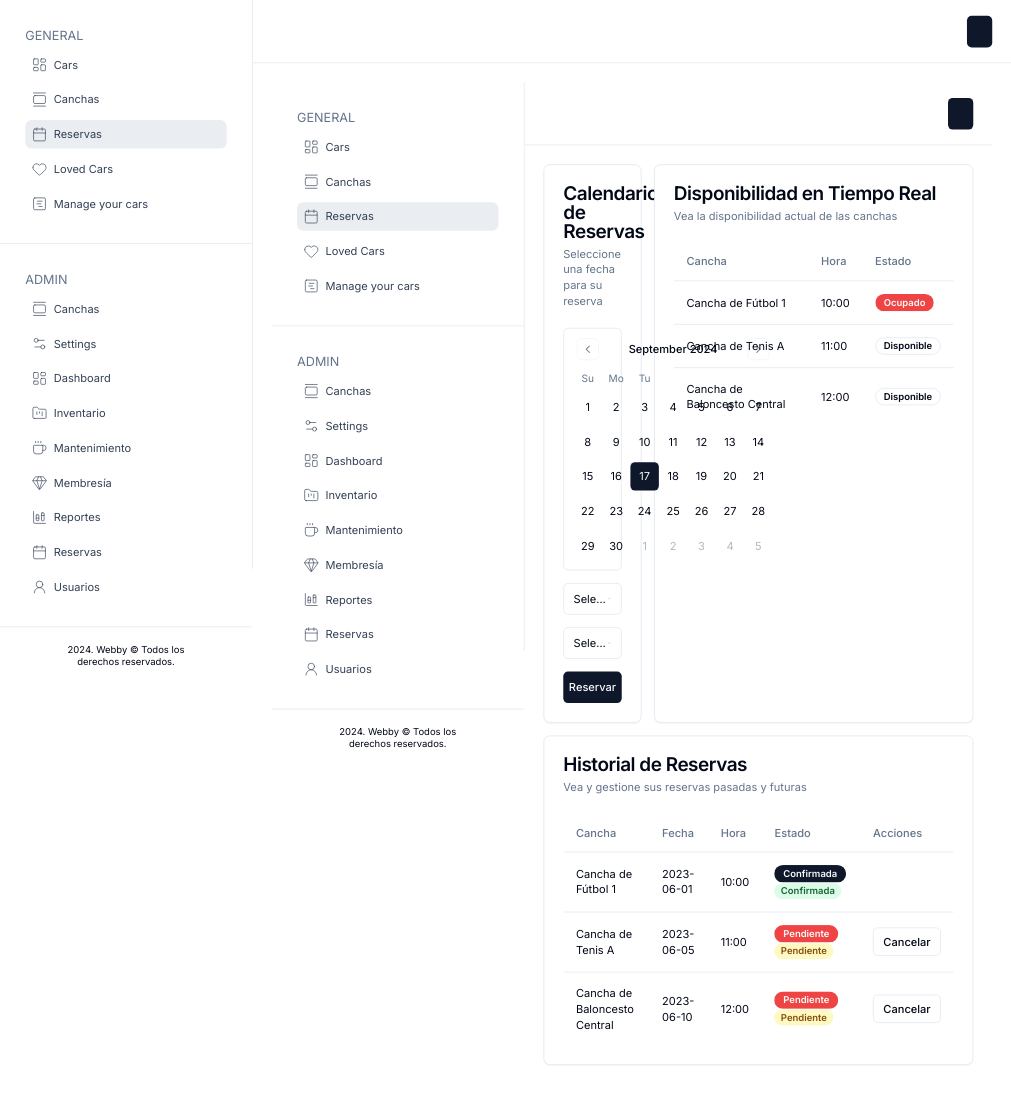
Repository: Jackson-sch/cdeporte
Page: /reservas
These files come from the project's save history. The page is drawn as it stood at one moment and after a run of saves; the edit follows.
The browser window is 1280 px wide. The pictures show the whole page, at 79% of full size.
The project was rebuilt for these pictures with package versions that can differ from the ones it lists, and the page was loaded fresh each time. The framework's server and built-in components were replaced by stand-ins that run in the browser. Also part of the build but not shown: next.config.mjs, src/components/ui/label.jsx, src/components/ui/input.jsx, src/components/Reservas/HistorialReserva.jsx.

Above is the page before, as saved 2024-09-17 20:14:34.

### src/app/layout.jsx
import { Inter } from "next/font/google";
import "./globals.css";
import { Toaster } from "@/components/ui/toaster";

const inter = Inter({ subsets: ["latin"] });

export const metadata = {
  title: "Create Next App",
  description: "Generated by create next app",
};

export default function RootLayout({ children }) {
  return (
    <html lang="en">
      <body className={inter.className}>
        {children}
        <Toaster />
        </body>
    </html>
  );
}

### src/app/(routes)/layout.jsx
import { NavbarDashboard } from "@/components/NavbarDashboard/NavbarDashboard";
import { Sidebar } from "@/components/Sidebar/Sidebar";




export default function LayoutDashboard({ children }) {
  return (
    <div className="flex w-full h-full">
      <div className="hidden h-full xl:block w-80 xl:fixed">
        <Sidebar />
      </div>
      <div className="w-full h-full xl:ml-80">
        <NavbarDashboard />
        <div className="p-6 h-max container">{children}</div>
      </div>
    </div>
  );
}

### src/app/(routes)/(cliente)/layout.jsx
import { NavbarDashboard } from "@/components/NavbarDashboard/NavbarDashboard";
import { Sidebar } from "@/components/Sidebar/Sidebar";




export default function LayoutDashboard({ children }) {
  return (
    <div className="flex w-full h-full">
      <div className="hidden h-full xl:block w-80 xl:fixed">
        <Sidebar />
      </div>
      <div className="w-full h-full xl:ml-80">
        <NavbarDashboard />
        <div className="p-6 h-max container">{children}</div>
      </div>
    </div>
  );
}

### src/components/ui/toaster.jsx
"use client"

import {
  Toast,
  ToastClose,
  ToastDescription,
  ToastProvider,
  ToastTitle,
  ToastViewport,
} from "@/components/ui/toast"
import { useToast } from "@/components/ui/use-toast"

export function Toaster() {
  const { toasts } = useToast()

  return (
    (<ToastProvider>
      {toasts.map(function ({ id, title, description, action, ...props }) {
        return (
          (<Toast key={id} {...props}>
            <div className="grid gap-1">
              {title && <ToastTitle>{title}</ToastTitle>}
              {description && (
                <ToastDescription>{description}</ToastDescription>
              )}
            </div>
            {action}
            <ToastClose />
          </Toast>)
        );
      })}
      <ToastViewport />
    </ToastProvider>)
  );
}

### src/components/NavbarDashboard/NavbarDashboard.jsx
import { Sheet, SheetContent, SheetTrigger } from "@/components/ui/sheet";
import {Button } from "@/components/ui/button";
import { Menu } from "lucide-react";
import { SidebarRoutes } from "../SidebarRoutes/SidebarRoutes";



export function NavbarDashboard() {
  return (
    <nav className="flex items-center justify-between w-full h-20 px-2 border-b gap-x-4 md:px-6 bg-background">
      <div className="block xl:hidden">
        <Sheet>
          <SheetTrigger className="flex items-center">
            <Menu />
          </SheetTrigger>
          <SheetContent side="left">
            <SidebarRoutes />
          </SheetContent>
        </Sheet>
      </div>
      <div className="flex items-center justify-end w-full gap-x-2">
        <Button />
      </div>
    </nav>
  );
}

### src/components/Sidebar/Sidebar.jsx
import { SidebarRoutes } from "../SidebarRoutes/SidebarRoutes";


export function Sidebar() {
  return (
    <div className="h-screen">
      <div className="flex flex-col h-full border-r">
        <SidebarRoutes />
      </div>
    </div>
  );
}

### src/components/ui/calendar.jsx
"use client";
import * as React from "react"
import { ChevronLeft, ChevronRight } from "lucide-react"
import { DayPicker } from "react-day-picker"

import { cn } from "@/lib/utils"
import { buttonVariants } from "@/components/ui/button"

function Calendar({
  className,
  classNames,
  showOutsideDays = true,
  ...props
}) {
  return (
    (<DayPicker
      showOutsideDays={showOutsideDays}
      className={cn("p-3", className)}
      classNames={{
        months: "flex flex-col sm:flex-row space-y-4 sm:space-x-4 sm:space-y-0",
        month: "space-y-4",
        caption: "flex justify-center pt-1 relative items-center",
        caption_label: "text-sm font-medium",
        nav: "space-x-1 flex items-center",
        nav_button: cn(
          buttonVariants({ variant: "outline" }),
          "h-7 w-7 bg-transparent p-0 opacity-50 hover:opacity-100"
        ),
        nav_button_previous: "absolute left-1",
        nav_button_next: "absolute right-1",
        table: "w-full border-collapse space-y-1",
        head_row: "flex",
        head_cell:
          "text-muted-foreground rounded-md w-9 font-normal text-[0.8rem]",
        row: "flex w-full mt-2",
        cell: "h-9 w-9 text-center text-sm p-0 relative [&:has([aria-selected].day-range-end)]:rounded-r-md [&:has([aria-selected].day-outside)]:bg-accent/50 [&:has([aria-selected])]:bg-accent first:[&:has([aria-selected])]:rounded-l-md last:[&:has([aria-selected])]:rounded-r-md focus-within:relative focus-within:z-20",
        day: cn(
          buttonVariants({ variant: "ghost" }),
          "h-9 w-9 p-0 font-normal aria-selected:opacity-100"
        ),
        day_range_end: "day-range-end",
        day_selected:
          "bg-primary text-primary-foreground hover:bg-primary hover:text-primary-foreground focus:bg-primary focus:text-primary-foreground",
        day_today: "bg-accent text-accent-foreground",
        day_outside:
          "day-outside text-muted-foreground opacity-50 aria-selected:bg-accent/50 aria-selected:text-muted-foreground aria-selected:opacity-30",
        day_disabled: "text-muted-foreground opacity-50",
        day_range_middle:
          "aria-selected:bg-accent aria-selected:text-accent-foreground",
        day_hidden: "invisible",
        ...classNames,
      }}
      components={{
        IconLeft: ({ ...props }) => <ChevronLeft className="h-4 w-4" />,
        IconRight: ({ ...props }) => <ChevronRight className="h-4 w-4" />,
      }}
      {...props} />)
  );
}
Calendar.displayName = "Calendar"

export { Calendar }

### src/components/ui/card.jsx
import * as React from "react"

import { cn } from "@/lib/utils"

const Card = React.forwardRef(({ className, ...props }, ref) => (
  <div
    ref={ref}
    className={cn("rounded-lg border bg-card text-card-foreground shadow-sm", className)}
    {...props} />
))
Card.displayName = "Card"

const CardHeader = React.forwardRef(({ className, ...props }, ref) => (
  <div
    ref={ref}
    className={cn("flex flex-col space-y-1.5 p-6", className)}
    {...props} />
))
CardHeader.displayName = "CardHeader"

const CardTitle = React.forwardRef(({ className, ...props }, ref) => (
  <h3
    ref={ref}
    className={cn("text-2xl font-semibold leading-none tracking-tight", className)}
    {...props} />
))
CardTitle.displayName = "CardTitle"

const CardDescription = React.forwardRef(({ className, ...props }, ref) => (
  <p
    ref={ref}
    className={cn("text-sm text-muted-foreground", className)}
    {...props} />
))
CardDescription.displayName = "CardDescription"

const CardContent = React.forwardRef(({ className, ...props }, ref) => (
  <div ref={ref} className={cn("p-6 pt-0", className)} {...props} />
))
CardContent.displayName = "CardContent"

const CardFooter = React.forwardRef(({ className, ...props }, ref) => (
  <div
    ref={ref}
    className={cn("flex items-center p-6 pt-0", className)}
    {...props} />
))
CardFooter.displayName = "CardFooter"

export { Card, CardHeader, CardFooter, CardTitle, CardDescription, CardContent }

### src/components/ui/button.jsx
import * as React from "react"
import { Slot } from "@radix-ui/react-slot"
import { cva } from "class-variance-authority";

import { cn } from "@/lib/utils"

const buttonVariants = cva(
  "inline-flex items-center justify-center whitespace-nowrap rounded-md text-sm font-medium ring-offset-background transition-colors focus-visible:outline-none focus-visible:ring-2 focus-visible:ring-ring focus-visible:ring-offset-2 disabled:pointer-events-none disabled:opacity-50",
  {
    variants: {
      variant: {
        default: "bg-primary text-primary-foreground hover:bg-primary/90",
        destructive:
          "bg-destructive text-destructive-foreground hover:bg-destructive/90",
        outline:
          "border border-input bg-background hover:bg-accent hover:text-accent-foreground",
        secondary:
          "bg-secondary text-secondary-foreground hover:bg-secondary/80",
        ghost: "hover:bg-accent hover:text-accent-foreground",
        link: "text-primary underline-offset-4 hover:underline",
      },
      size: {
        default: "h-10 px-4 py-2",
        sm: "h-9 rounded-md px-3",
        lg: "h-11 rounded-md px-8",
        icon: "h-10 w-10",
      },
    },
    defaultVariants: {
      variant: "default",
      size: "default",
    },
  }
)

const Button = React.forwardRef(({ className, variant, size, asChild = false, ...props }, ref) => {
  const Comp = asChild ? Slot : "button"
  return (
    (<Comp
      className={cn(buttonVariants({ variant, size, className }))}
      ref={ref}
      {...props} />)
  );
})
Button.displayName = "Button"

export { Button, buttonVariants }

### src/components/Reservas/RealTimeAvailability.jsx
'use client'
import React, { useState, useEffect } from 'react'
import { Card, CardHeader, CardTitle, CardDescription, CardContent } from "@/components/ui/card"
import { Table, TableBody, TableCell, TableHead, TableHeader, TableRow } from "@/components/ui/table"
import { Badge } from "@/components/ui/badge"

export default function RealTimeAvailability() {
  const [availability, setAvailability] = useState([])

  useEffect(() => {
    // Simulación de actualización en tiempo real
    const interval = setInterval(() => {
      const newAvailability = [
        { id: 1, court: "Cancha de Fútbol 1", time: "10:00", status: Math.random() > 0.5 ? "Disponible" : "Ocupado" },
        { id: 2, court: "Cancha de Tenis A", time: "11:00", status: Math.random() > 0.5 ? "Disponible" : "Ocupado" },
        { id: 3, court: "Cancha de Baloncesto Central", time: "12:00", status: Math.random() > 0.5 ? "Disponible" : "Ocupado" },
      ]
      setAvailability(newAvailability)
    }, 5000) // Actualiza cada 5 segundos

    return () => clearInterval(interval)
  }, [])

  return (
    <Card className="w-full h-full">
      <CardHeader>
        <CardTitle>Disponibilidad en Tiempo Real</CardTitle>
        <CardDescription>Vea la disponibilidad actual de las canchas</CardDescription>
      </CardHeader>
      <CardContent>
        <Table>
          <TableHeader>
            <TableRow>
              <TableHead>Cancha</TableHead>
              <TableHead>Hora</TableHead>
              <TableHead>Estado</TableHead>
            </TableRow>
          </TableHeader>
          <TableBody>
            {availability.map((item) => (
              <TableRow key={item.id}>
                <TableCell>{item.court}</TableCell>
                <TableCell>{item.time}</TableCell>
                <TableCell>
                  <Badge variant={item.status === "Disponible" ? "success" : "destructive"}>
                    {item.status}
                  </Badge>
                </TableCell>
              </TableRow>
            ))}
          </TableBody>
        </Table>
      </CardContent>
    </Card>
  )
}

### src/components/Reservas/ReservationHistory.jsx
"0use client";
import React, { useState } from "react";
import {
  Card,
  CardHeader,
  CardTitle,
  CardDescription,
  CardContent,
} from "@/components/ui/card";
import {
  Table,
  TableBody,
  TableCell,
  TableHead,
  TableHeader,
  TableRow,
} from "@/components/ui/table";
import { Button } from "@/components/ui/button";
import {
  Dialog,
  DialogTrigger,
  DialogContent,
  DialogHeader,
  DialogTitle,
  DialogDescription,
  DialogFooter,
} from "@/components/ui/dialog";
import { Badge } from "../ui/badge";

export default function ReservationHistory() {
  const [reservations, setReservations] = useState([
    {
      id: 1,
      court: "Cancha de Fútbol 1",
      date: "2023-06-01",
      time: "10:00",
      status: "Confirmada",
    },
    {
      id: 2,
      court: "Cancha de Tenis A",
      date: "2023-06-05",
      time: "11:00",
      status: "Pendiente",
    },
    {
      id: 3,
      court: "Cancha de Baloncesto Central",
      date: "2023-06-10",
      time: "12:00",
      status: "Pendiente",
    },
  ]);

  const [selectedReservation, setSelectedReservation] = useState(null);
  const [isDialogOpen, setIsDialogOpen] = useState(false);

  const handleCancel = (id) => {
    setReservations(
      reservations.map((res) =>
        res.id === id ? { ...res, status: "Cancelada" } : res
      )
    );
    setIsDialogOpen(false);
  };

  return (
    <Card className="w-full">
      <CardHeader>
        <CardTitle>Historial de Reservas</CardTitle>
        <CardDescription>
          Vea y gestione sus reservas pasadas y futuras
        </CardDescription>
      </CardHeader>
      <CardContent>
        <Table>
          <TableHeader>
            <TableRow>
              <TableHead>Cancha</TableHead>
              <TableHead>Fecha</TableHead>
              <TableHead>Hora</TableHead>
              <TableHead>Estado</TableHead>
              <TableHead>Acciones</TableHead>
            </TableRow>
          </TableHeader>
          <TableBody>
            {reservations.map((reservation) => (
              <TableRow key={reservation.id}>
                <TableCell>{reservation.court}</TableCell>
                <TableCell>{reservation.date}</TableCell>
                <TableCell>{reservation.time}</TableCell>
                <TableCell>
                <Badge variant={reservation.status === 'Confirmada' ? 'default' : 'destructive'}>
                        {reservation.status}
                      </Badge>
                  <span
                    className={`px-2 inline-flex text-xs leading-5 font-semibold rounded-full
                    ${
                      reservation.status === "Confirmada"
                        ? "bg-green-100 text-green-800"
                        : reservation.status === "Cancelada"
                        ? "bg-red-100 text-red-800"
                        : "bg-yellow-100 text-yellow-800"
                    }`}
                  >
                    {reservation.status}
                  </span>
                </TableCell>
                <TableCell>
                  {reservation.status === "Pendiente" && (
                    <Dialog open={isDialogOpen} onOpenChange={setIsDialogOpen}>
                      <DialogTrigger asChild>
                        <Button
                          variant="outline"
                          size="sm"
                          onClick={() => setSelectedReservation(reservation)}
                        >
                          Cancelar
                        </Button>
                      </DialogTrigger>
                      <DialogContent>
                        <DialogHeader>
                          <DialogTitle>Confirmar Cancelación</DialogTitle>
                          <DialogDescription>
                            ¿Está seguro que desea cancelar esta reserva?
                          </DialogDescription>
                        </DialogHeader>
                        <DialogFooter>
                          <Button
                            variant="outline"
                            onClick={() => setIsDialogOpen(false)}
                          >
                            No, mantener reserva
                          </Button>
                          <Button
                            variant="destructive"
                            onClick={() => handleCancel(selectedReservation.id)}
                          >
                            Sí, cancelar reserva
                          </Button>
                        </DialogFooter>
                      </DialogContent>
                    </Dialog>
                  )}
                </TableCell>
              </TableRow>
            ))}
          </TableBody>
        </Table>
      </CardContent>
    </Card>
  );
}

### src/components/SidebarRoutes/SidebarRoutes.jsx
"use client";

import { Separator } from "@/components/ui/separator";
import { dataAdminSidebar, dataGeneralSidebar } from "./SidebarRoute.data";
import { SidebarItem } from "./SidebarItem/SidebarItem";



export function SidebarRoutes() {

  return (
    <div className="flex flex-col justify-between h-full">
      <div>
        <div className="p-4 md:p-8">
          <p className="mb-2 text-slate-500">GENERAL</p>
          {dataGeneralSidebar.map((item) => (
            <SidebarItem key={item.label} item={item} />
          ))}
        </div>

        <Separator />

          <div className="p-4 md:p-8">
            <p className="mb-2 text-slate-500">ADMIN</p>
            {dataAdminSidebar.map((item) => (
              <SidebarItem key={item.label} item={item} />
            ))}
          </div>
      </div>

      <div>
        <Separator />

        <footer className="px-6 py-2 mt-3 text-center text-xs text-pretty">
          2024. Webby © Todos los derechos reservados.
        </footer>
      </div>
    </div>
  );
}

### src/components/ui/table.jsx
import * as React from "react"

import { cn } from "@/lib/utils"

const Table = React.forwardRef(({ className, ...props }, ref) => (
  <div className="relative w-full overflow-auto">
    <table
      ref={ref}
      className={cn("w-full caption-bottom text-sm", className)}
      {...props} />
  </div>
))
Table.displayName = "Table"

const TableHeader = React.forwardRef(({ className, ...props }, ref) => (
  <thead ref={ref} className={cn("[&_tr]:border-b", className)} {...props} />
))
TableHeader.displayName = "TableHeader"

const TableBody = React.forwardRef(({ className, ...props }, ref) => (
  <tbody
    ref={ref}
    className={cn("[&_tr:last-child]:border-0", className)}
    {...props} />
))
TableBody.displayName = "TableBody"

const TableFooter = React.forwardRef(({ className, ...props }, ref) => (
  <tfoot
    ref={ref}
    className={cn("border-t bg-muted/50 font-medium [&>tr]:last:border-b-0", className)}
    {...props} />
))
TableFooter.displayName = "TableFooter"

const TableRow = React.forwardRef(({ className, ...props }, ref) => (
  <tr
    ref={ref}
    className={cn(
      "border-b transition-colors hover:bg-muted/50 data-[state=selected]:bg-muted",
      className
    )}
    {...props} />
))
TableRow.displayName = "TableRow"

const TableHead = React.forwardRef(({ className, ...props }, ref) => (
  <th
    ref={ref}
    className={cn(
      "h-12 px-4 text-left align-middle font-medium text-muted-foreground [&:has([role=checkbox])]:pr-0",
      className
    )}
    {...props} />
))
TableHead.displayName = "TableHead"

const TableCell = React.forwardRef(({ className, ...props }, ref) => (
  <td
    ref={ref}
    className={cn("p-4 align-middle [&:has([role=checkbox])]:pr-0", className)}
    {...props} />
))
TableCell.displayName = "TableCell"

const TableCaption = React.forwardRef(({ className, ...props }, ref) => (
  <caption
    ref={ref}
    className={cn("mt-4 text-sm text-muted-foreground", className)}
    {...props} />
))
TableCaption.displayName = "TableCaption"

export {
  Table,
  TableHeader,
  TableBody,
  TableFooter,
  TableHead,
  TableRow,
  TableCell,
  TableCaption,
}

### src/components/ui/badge.jsx
import * as React from "react"
import { cva } from "class-variance-authority";

import { cn } from "@/lib/utils"

const badgeVariants = cva(
  "inline-flex items-center rounded-full border px-2.5 py-0.5 text-xs font-semibold transition-colors focus:outline-none focus:ring-2 focus:ring-ring focus:ring-offset-2",
  {
    variants: {
      variant: {
        default:
          "border-transparent bg-primary text-primary-foreground hover:bg-primary/80",
        secondary:
          "border-transparent bg-secondary text-secondary-foreground hover:bg-secondary/80",
        destructive:
          "border-transparent bg-destructive text-destructive-foreground hover:bg-destructive/80",
        outline: "text-foreground",
      },
    },
    defaultVariants: {
      variant: "default",
    },
  }
)

function Badge({
  className,
  variant,
  ...props
}) {
  return (<div className={cn(badgeVariants({ variant }), className)} {...props} />);
}

export { Badge, badgeVariants }

### src/components/SidebarRoutes/SidebarRoute.data.jsx
import {
  Calendar,
  Car,
  ChartColumnStacked,
  Coffee,
  FolderKanban,
  GalleryVertical,
  Gem,
  Heart,
  LayoutDashboard,
  Settings2,
  SquareGanttChart,
  User2,
} from "lucide-react";

export const dataGeneralSidebar = [
  {
    icon: LayoutDashboard,
    label: "Cars",
    href: "/dashboard",
  },
  {
    icon: GalleryVertical,
    label: "Canchas",
    href: "/canchas",
  },
  {
    icon: Calendar,
    label: "Reservas",
    href: "/reservas",
  },
  {
    icon: Heart,
    label: "Loved Cars",
    href: "/loved-cars",
  },
  {
    icon: SquareGanttChart,
    label: "Manage your cars",
    href: "/canchitas",
  },
];

export const dataAdminSidebar = [
  {
    icon: GalleryVertical,
    label: "Canchas",
    href: "/admin/canchas",
  },
  {
    icon: Settings2,
    label: "Settings",
    href: "/admin/configuracion",
  },
  {
    icon: LayoutDashboard,
    label: "Dashboard",
    href: "/admin/dashboard",
  },
  {
    icon: FolderKanban,
    label: "Inventario",
    href: "/admin/inventario",
  },
  {
    icon: Coffee,
    label: "Mantenimiento",
    href: "/admin/mantenimiento",
  },
  {
    icon: Gem,
    label: "Membresía",
    href: "/admin/membresia",
  },
  {
    icon: ChartColumnStacked,
    label: "Reportes",
    href: "/admin/reportes",
  },
  {
    icon: Calendar,
    label: "Reservas",
    href: "/admin/reservas",
  },
  {
    icon: User2,
    label: "Usuarios",
    href: "/admin/usuarios",
  },
];

### src/components/SidebarRoutes/SidebarItem/SidebarItem.jsx
import Link from "next/link";
import { cn } from "@/lib/utils";
import { usePathname } from "next/navigation";

export function SidebarItem({item}) {
  const { href, icon: Icon, label } = item;

  const pathname = usePathname();

  const activePath = pathname === href;

  return (
    <Link
      href={href}
      className={cn(
        `flex gap-x-2 mt-2 text-slate-700 text-sm items-center hover:bg-slate-300/20 p-2 rounded-lg cursor-pointer`,
        activePath && "bg-slate-400/20"
      )}
    >
      <Icon className="h-5 w-5" strokeWidth={1} />
      {label}
    </Link>
  );
}

Loaded but not shown: src/app/globals.css (common file); src/lib/utils.js (common file); src/components/ui/separator.jsx (common file); tailwind.config.js (common file); src/components/ui/use-toast.js (155 lines, source omitted); src/app/(routes)/(cliente)/reservas/page.jsx (172 lines, source omitted); src/components/ui/select.jsx (122 lines, source omitted); src/components/ui/toast.jsx (83 lines, source omitted); src/components/ui/sheet.jsx (109 lines, source omitted); src/components/ui/dialog.jsx (96 lines, source omitted)

After the next 3 saves:
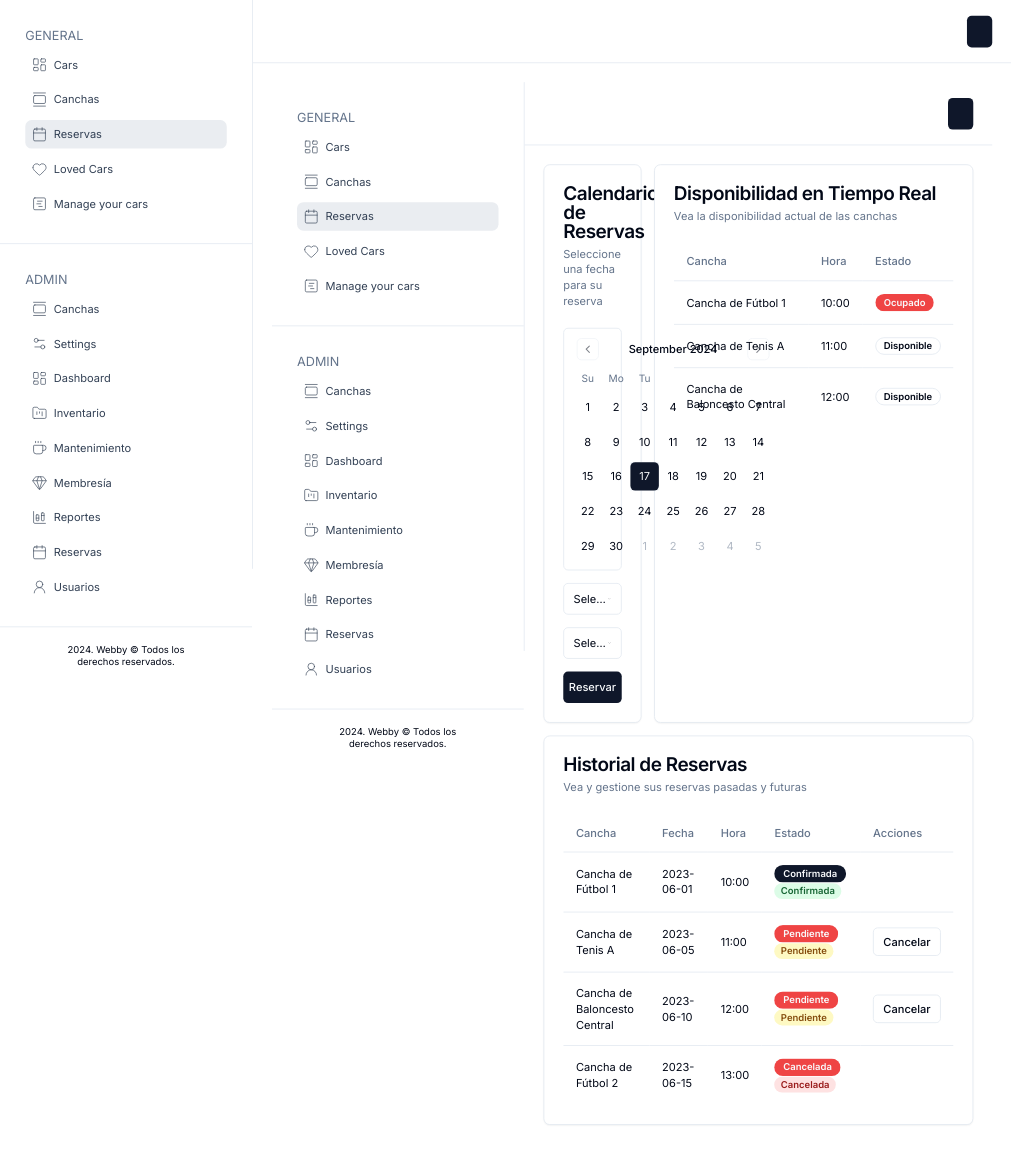
The 3 saves are shown as one change because they came seconds apart.
The last was saved 79 s later.
--- a/src/components/Reservas/ReservationHistory.jsx
+++ b/src/components/Reservas/ReservationHistory.jsx
@@ -49,6 +49,13 @@ export default function ReservationHistory() {
       date: "2023-06-10",
       time: "12:00",
       status: "Pendiente",
+    },
+    {
+      id: 4,
+      court: "Cancha de Fútbol 2",
+      date: "2023-06-15",
+      time: "13:00",
+      status: "Cancelada",
     },
   ]);
 
